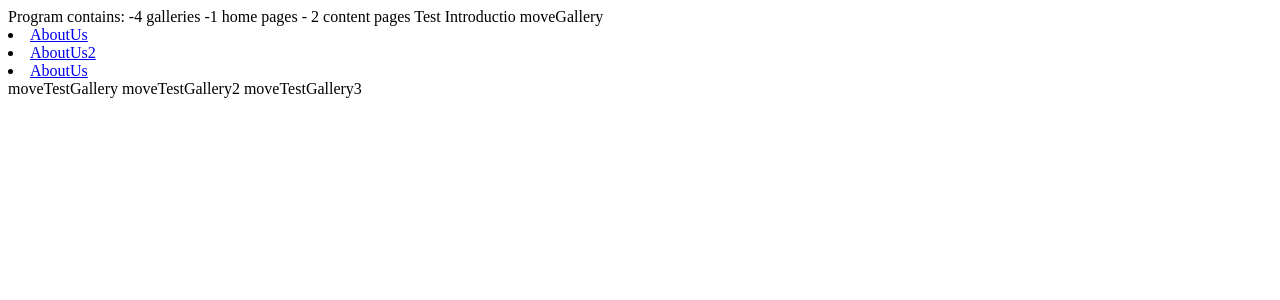
Repository: TheJot/MDEProject
Page: http://localhost/src-gen/contact.php
An editor plug-in stored every save of this project. The page is shown before and after the next save, followed by the edit.
The browser window is 1280 px wide. The pictures show the whole page.
The page is run by PHP 8.4 with error messages shown; the project is at /var/www/html/.

Above is the page before, as saved 2021-07-02 06:33:15.

### runtimeEclipse/TestGenerateMe/src-gen/contact.php
Program contains:
		-4 galleries
		-1 home pages
		- 2 content pages
		Test Introductio

		moveGallery
		<li><a href="AboutUs.php">AboutUs</a></li>
		<li><a href="AboutUs2.php">AboutUs2</a></li>
		<li><a href="AboutUs.php">AboutUs</a></li>
		moveTestGallery
		moveTestGallery2
		moveTestGallery3

After the next save:
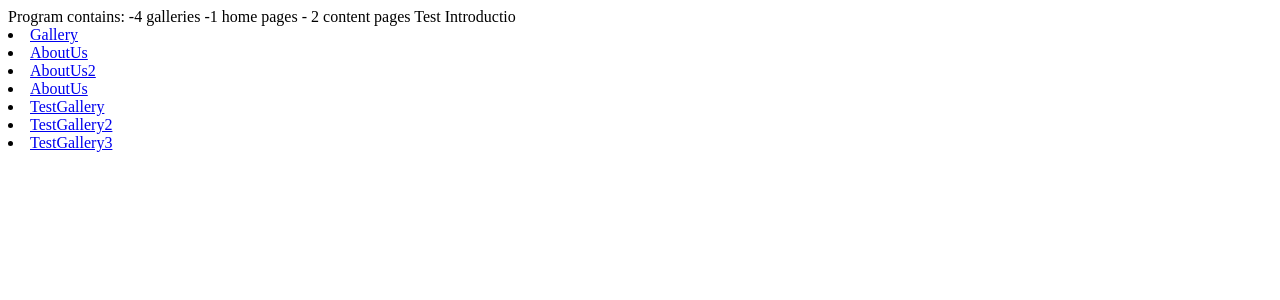
Saved 2 min 19 s later.
--- a/runtimeEclipse/TestGenerateMe/src-gen/contact.php
+++ b/runtimeEclipse/TestGenerateMe/src-gen/contact.php
@@ -4,10 +4,10 @@ Program contains:
 		- 2 content pages
 		Test Introductio
 
-		moveGallery
+		<li><a href="Gallery.php">Gallery</a></li>
 		<li><a href="AboutUs.php">AboutUs</a></li>
 		<li><a href="AboutUs2.php">AboutUs2</a></li>
 		<li><a href="AboutUs.php">AboutUs</a></li>
-		moveTestGallery
-		moveTestGallery2
-		moveTestGallery3
+		<li><a href="TestGallery.php">TestGallery</a></li>
+		<li><a href="TestGallery2.php">TestGallery2</a></li>
+		<li><a href="TestGallery3.php">TestGallery3</a></li>
